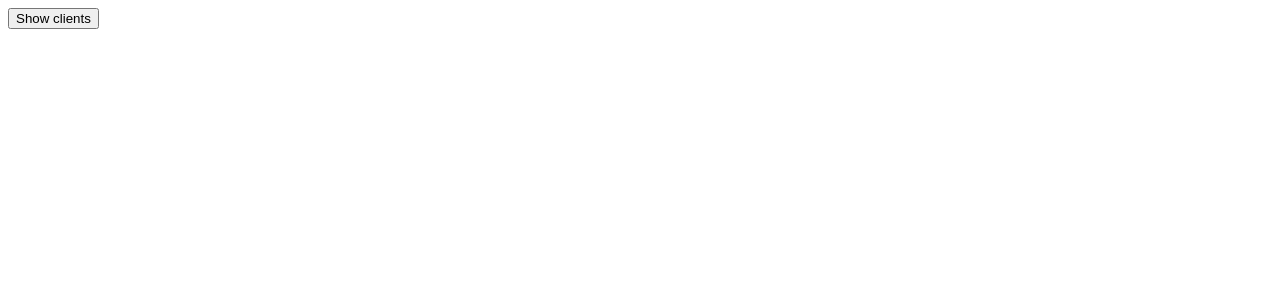
Repository: motiejus1/16-paskaita-PHP-05.31
Page: http://localhost/
These files come from the project's save history. The page is drawn as it stood at one moment and after a run of saves; the edit follows.
The browser window is 1280 px wide. The pictures show the whole page.
The page is run by PHP 8.4 with error messages shown; the project is at /var/www/html/.

Above is the page before, as saved 2021-09-08 18:30:00.

After the next 3 saves:
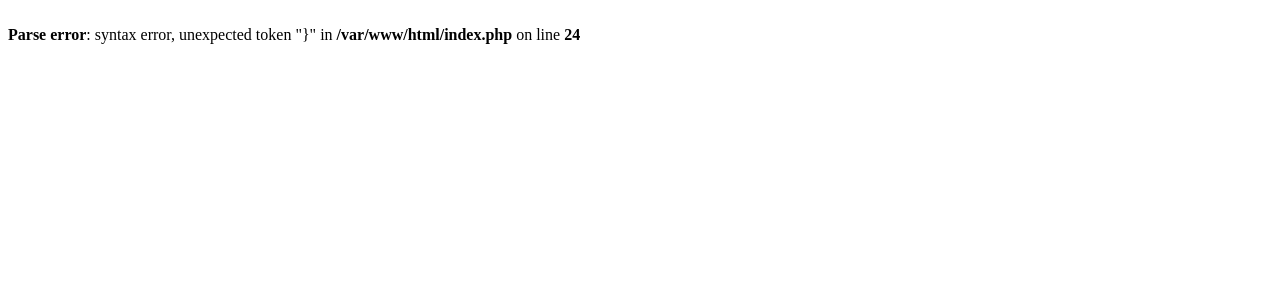
The 3 saves are shown as one change because they came seconds apart.
The last was saved 12 s later.
--- a/index.php
+++ b/index.php
@@ -19,6 +19,8 @@
         if(isset($_POST["submit"])) {
             //siunciam uzklausa i duomenu baze
             //duomenis atvaizduojame
+
+            $sql = ""
         }
 
 
